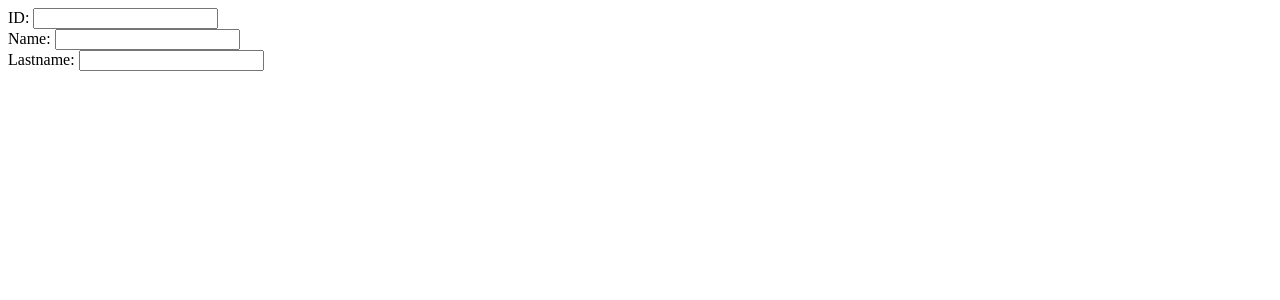
Repository: NicolasReatiga/course-aws
Page: templates/register.html
The author's editor kept a record of every edit. The page is drawn from the files as they stood at one moment, then again after the next edit.
The browser window is 1280 px wide. The pictures show the whole page.

Above is the page before.

After the next edit:
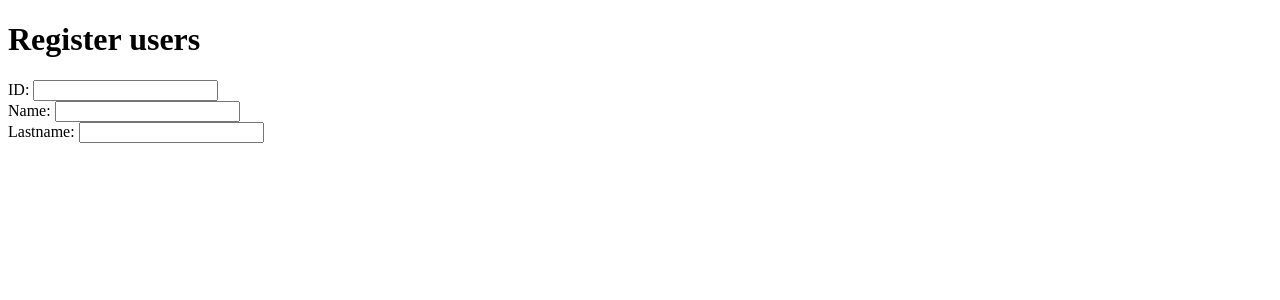
The edit:
--- a/templates/register.html
+++ b/templates/register.html
@@ -5,6 +5,9 @@
         <title>Register</title>
     </head>
     <body>
+        <div>
+            <h1>Register users</h1>
+        </div>
         <div>
             <form>
                 <label>ID: <input type="text" name="name"/></label> <br/>
